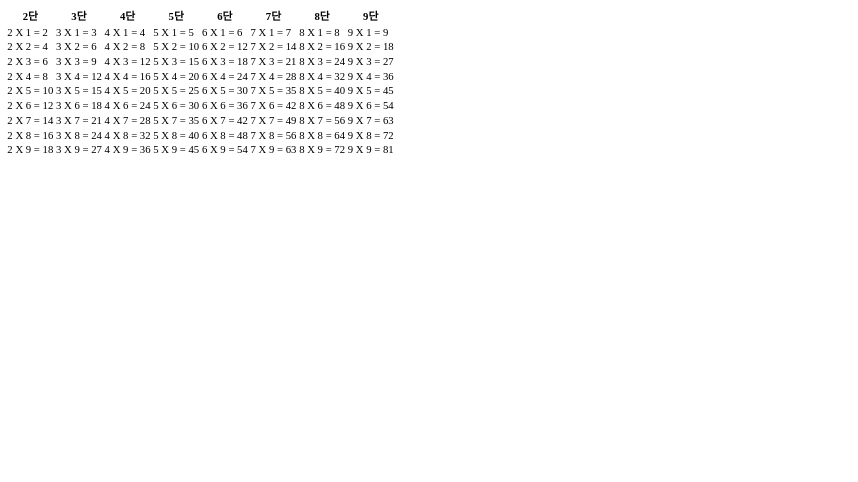
Repository: zodib0123/kdt_jsp
Page: http://localhost/MustHaveJSP/Mission/Gugudan1.jsp
These files come from the project's save history. The page is drawn as it stood at one moment and after the next save; the edit follows.
The browser window is 1280 px wide. The pictures show the whole page, at 67% of full size.
The page is served by Tomcat 10. Other server files are loaded and not shown.

Above is the page before, as saved 2025-09-22 08:12:23.

### MustHaveJSP/src/main/webapp/Mission/Gugudan1.jsp
<%@ page language="java" contentType="text/html; charset=UTF-8"
    pageEncoding="UTF-8"%>
<!DOCTYPE html>
<html>
<head>
<meta charset="UTF-8">
<title>Insert title here</title>
</head>
<body>
<%
// for (int i = 2; i < 10; i++) {
// 	out.println("<h1>" + i + "단 </h1>");
// 	for (int j = 1; j < 10; j++) {
// 		out.println("<p>" + i + " X " + j + " = " + j * i + "</p>");
// 	}
// }
%>
<%
// out.println("<table>");
// for (int i = 2; i < 10; i++) {
// 	out.println("<th>" + i + "단 </th>");
// 	for (int j = 1; j < 10; j++) {
// 		out.println("<tr><td>" + i + " X " + j + " = " + j * i + "</td></tr>");
// 	}
// }
// out.println("</table>");
%>
<table>
<%
for (int i = 2; i < 10; i++) {
	out.println("<th>" + i + "단 </th>");
}
for (int i = 1; i < 10; i++) {
	out.print("<tr>");
	for (int j = 2; j < 10; j++) {
		out.println("<td>" + j + " X " + i + " = " + j * i + "</td>");
	}
	out.print("</tr>");
}
%>
</table>
</body>
</html>

After the next save:
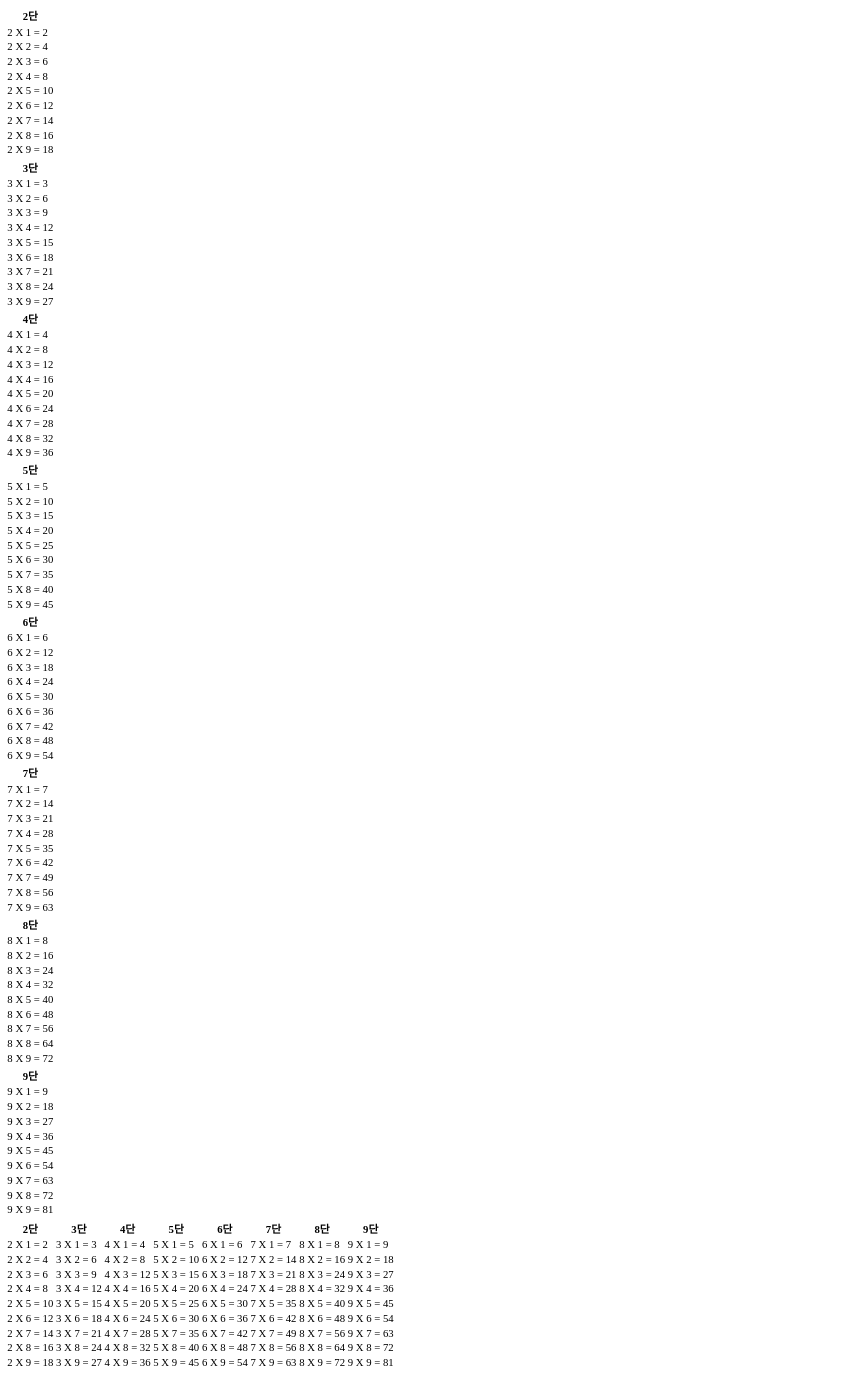
Saved 28 s later.
--- a/MustHaveJSP/src/main/webapp/Mission/Gugudan1.jsp
+++ b/MustHaveJSP/src/main/webapp/Mission/Gugudan1.jsp
@@ -16,14 +16,14 @@
 // }
 %>
 <%
-// out.println("<table>");
-// for (int i = 2; i < 10; i++) {
-// 	out.println("<th>" + i + "단 </th>");
-// 	for (int j = 1; j < 10; j++) {
-// 		out.println("<tr><td>" + i + " X " + j + " = " + j * i + "</td></tr>");
-// 	}
-// }
-// out.println("</table>");
+out.println("<table>");
+for (int i = 2; i < 10; i++) {
+	out.println("<th>" + i + "단 </th>");
+	for (int j = 1; j < 10; j++) {
+		out.println("<tr><td>" + i + " X " + j + " = " + j * i + "</td></tr>");
+	}
+}
+out.println("</table>");
 %>
 <table>
 <%
